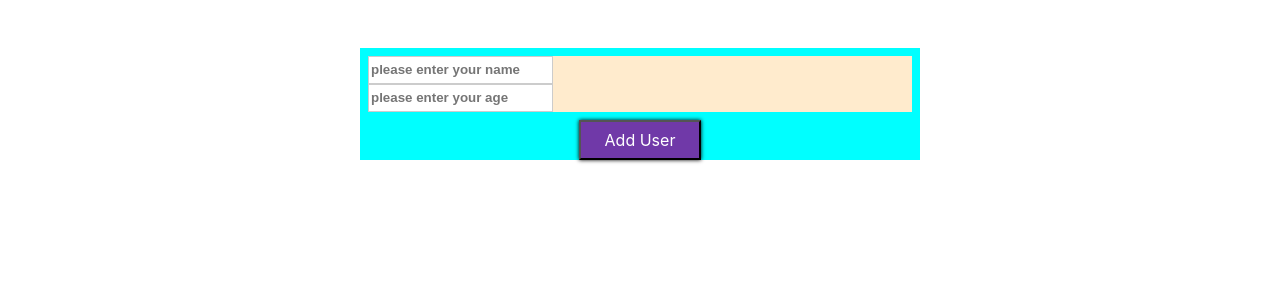
Repository: NamalPathirana/section-eight
Page: /
An editor plug-in stored every save of this project. The page is shown before and after the next save, followed by the edit.
The browser window is 1280 px wide. The pictures show the whole page.
The project was rebuilt for these pictures with package versions that can differ from the ones it lists, and the page was loaded fresh each time.

Above is the page before, as saved 2021-11-25 21:48:51.

### src/App.js
import logo from './logo.svg';
import './App.css';
import UserInput from './Components/UserInput/UserInput';

function App() {
  return (
    <div className="App">
      <section>
      <UserInput></UserInput>
      </section>
    </div>
  );
}

export default App;

### src/App.css
.App {
  text-align: center;
  display: flex;
  flex-direction: column;
  width: 35rem;
  max-width: 90%;
  margin: 3rem auto;
  background-color: aqua;
}

### src/Components/UserInput/UserInput.js
import Button from '../../UI/Button/Button';
import styles from './UserInput.module.css'

const UserInput = () => {
    return (
        <form>
        <div className={styles.frame}>
            <input placeholder='please enter your name'/>
            <input placeholder='please enter your age'/>
        </div>
        <Button name='Add User'></Button>
        </form>
    );
};

export default UserInput;

### src/UI/Button/Button.js
import styles from './Button.module.css'

const Button = (props) => {

    return(
        <div>
            <button className={styles.button}>
               {props.name}
            </button>
        </div>
    )
}

export default Button;

### src/Components/UserInput/UserInput.module.css
.frame{
    margin: 0.5rem 0.5rem;
    background-color: blanchedalmond;
}

.frame input{
    display: block;
    font-weight: bold;
    border: 1px solid #ccc;
    line-height: 1.5rem;
    padding: 100 0.25rm;
}

### src/UI/Button/Button.module.css
.button{
    font: inherit;
    padding: 0.5rem 1.5rem;
    background-color: rgb(112, 57, 168);
    color:white;
    box-shadow: 0 0 4px black;
    cursor: pointer;
}

.button:focus{
    outline: none;
}

.button:hover,.button:active{
    background-color: rgb(185, 140, 231);
    border-color: rgb(185, 140, 231);
    box-shadow: 0 0 8px black;
}

Loaded but not shown: public/index.html (common file); src/index.js (common file); src/index.css (common file); src/reportWebVitals.js (common file)

After the next save:
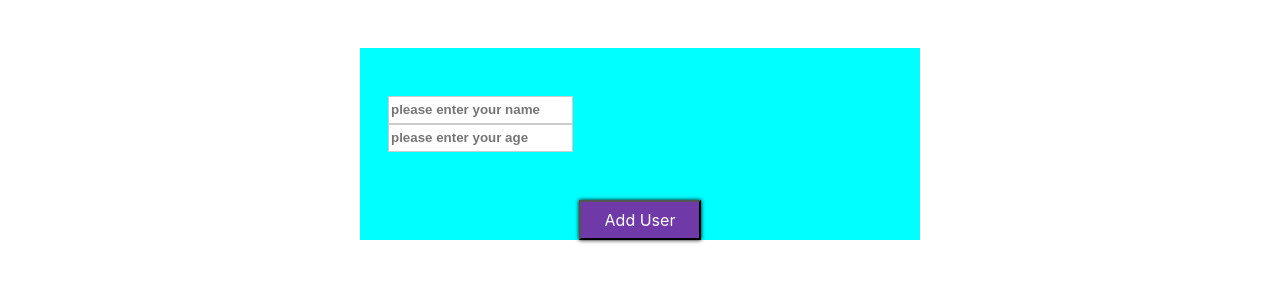
Saved 69 s later.
--- a/src/Components/UserInput/UserInput.module.css
+++ b/src/Components/UserInput/UserInput.module.css
@@ -1,6 +1,9 @@
 .frame{
     margin: 0.5rem 0.5rem;
-    background-color: blanchedalmond;
+    width: 35rem;
+    max-width: 90%;
+    margin: 3rem auto;
+    background-color: aqua;
 }
 
 .frame input{
